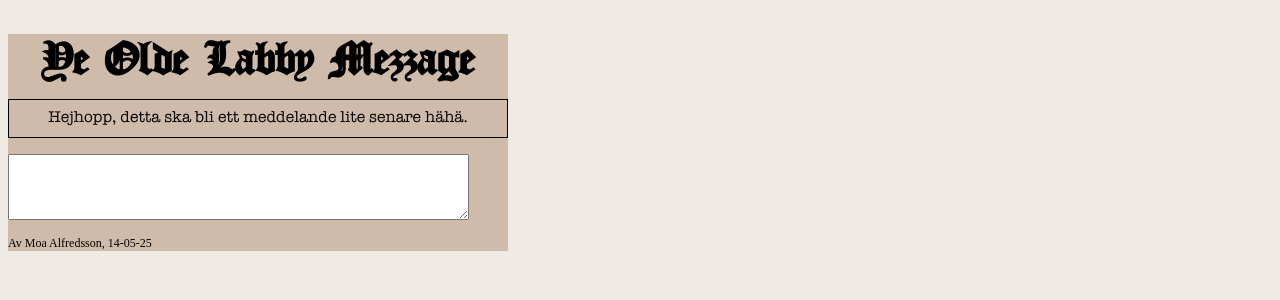
Repository: ma223md/1dv403-laborationer
Page: 2-labbymezzage/index.html
The author's editor kept a record of every edit. The page is drawn from the files as they stood at one moment, then again after the next edit.
The browser window is 1280 px wide. The pictures show the whole page.

Above is the page before.

### 2-labbymezzage/index.html
<!DOCTYPE html>
<html>
    <head>
        <meta charset="UTF-8" />
        <link rel="stylesheet" href="labbymezzagestyle.css" />
        <script src="js/motor.js"></script>
        <script src="js/message.js"></script>
        <title>Labby Mezzage</title>
    </head>
    <body>
        <div id="container">
            <header>
                <h1>Ye Olde Labby Mezzage</h1>
            </header>

            <main>
                <p>Hejhopp, detta ska bli ett meddelande lite senare hähä.</p>
                <textarea rows="4" cols="55"></textarea>
            </main>

            <footer>
                <p>Av Moa Alfredsson, 14-05-25</p>
            </footer>
        </div>
    </body>
</html>

### 2-labbymezzage/labbymezzagestyle.css
@font-face {
    font-family: headline;
    src: url(../2-labbymezzage/fonts/OldLondon.ttf);
}

@font-face {
    font-family: article;
    src: url(fonts/linowrite.ttf);
}

body
{
    background-color: #efebe4;
}

h1 {
    text-align: center;
}

#container {
    width: 500px;
    background-color: #cfbbaa;
}

main p {
    font-family: article;
    text-align: center;
    padding-top: 10px;
    padding-bottom: 10px;
    border-style: solid;
    border-width: 1px;
}

h1 {
    font-family: headline;
    font-size: 50px;
}

footer {
    font-size: 12px;
}

Loaded but not shown: 2-labbymezzage/js/message.js (no copy from this time; the picture is the same without it); 2-labbymezzage/js/motor.js (no stored copy; drawn as an empty file)

After the next edit:
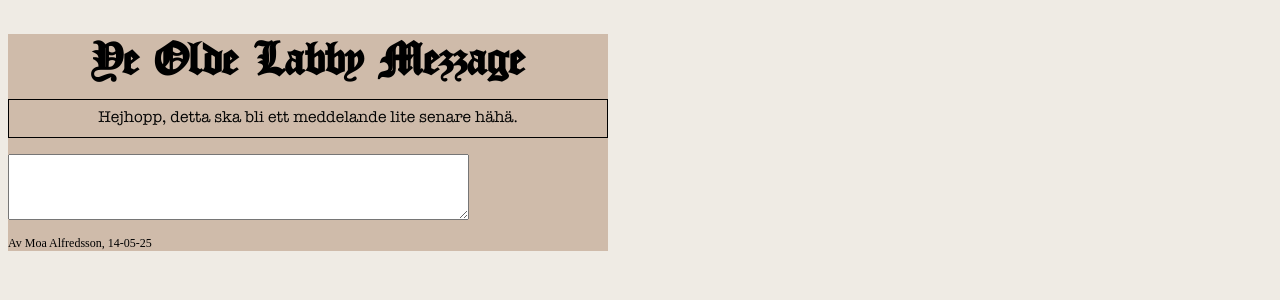
The edit:
--- a/2-labbymezzage/labbymezzagestyle.css
+++ b/2-labbymezzage/labbymezzagestyle.css
@@ -18,7 +18,7 @@
 }
 
 #container {
-    width: 500px;
+    width: 600px;
     background-color: #cfbbaa;
 }
 
